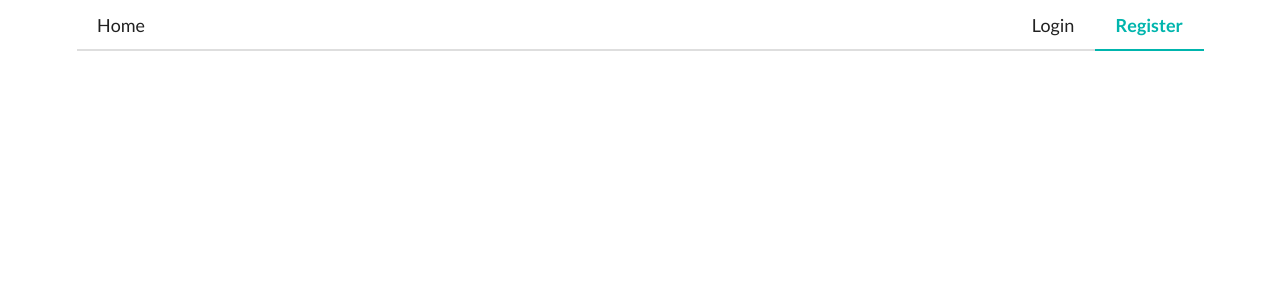
Repository: m-ahmadshaikh/SociaSpark
Page: /register (app in client/)
An editor plug-in stored every save of this project. The page is shown before and after the next save, followed by the edit.
The browser window is 1280 px wide. The pictures show the whole page.
The project was rebuilt for these pictures with package versions that can differ from the ones it lists, and the page was loaded fresh each time. Also part of the build but not shown: client/vite.config.js, client/src/App.css, client/src/components/PostCard.jsx, client/src/pages/Home.jsx, client/src/pages/Login.jsx.

Above is the page before, as saved 2022-10-23 14:53:56.

After the next save:
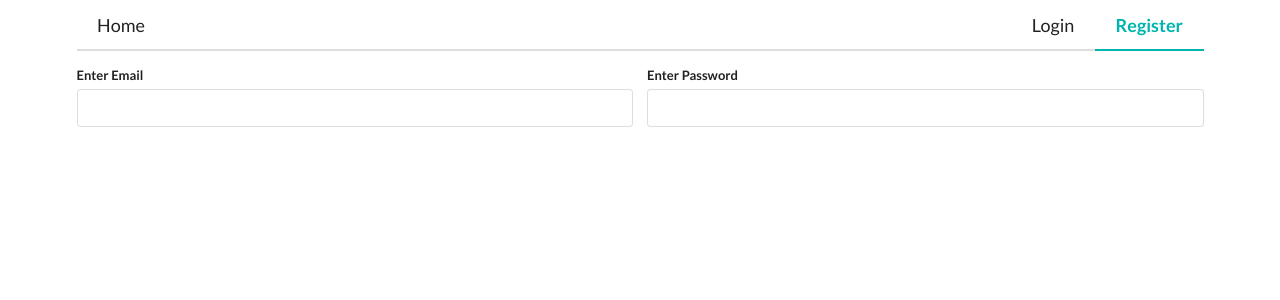
Saved 14 s later.
--- a/client/src/pages/Register.jsx
+++ b/client/src/pages/Register.jsx
@@ -1,6 +1,13 @@
 import React from 'react';
-import { Form } from 'react-router-dom';
+import { Form } from 'semantic-ui-react';
 
 export default function Register() {
-  return <div></div>;
+  return (
+    <Form>
+      <Form.Group widths="equal">
+        <Form.Input label="Enter Email" type="email" />
+        <Form.Input label="Enter Password" type="password" />
+      </Form.Group>
+    </Form>
+  );
 }
